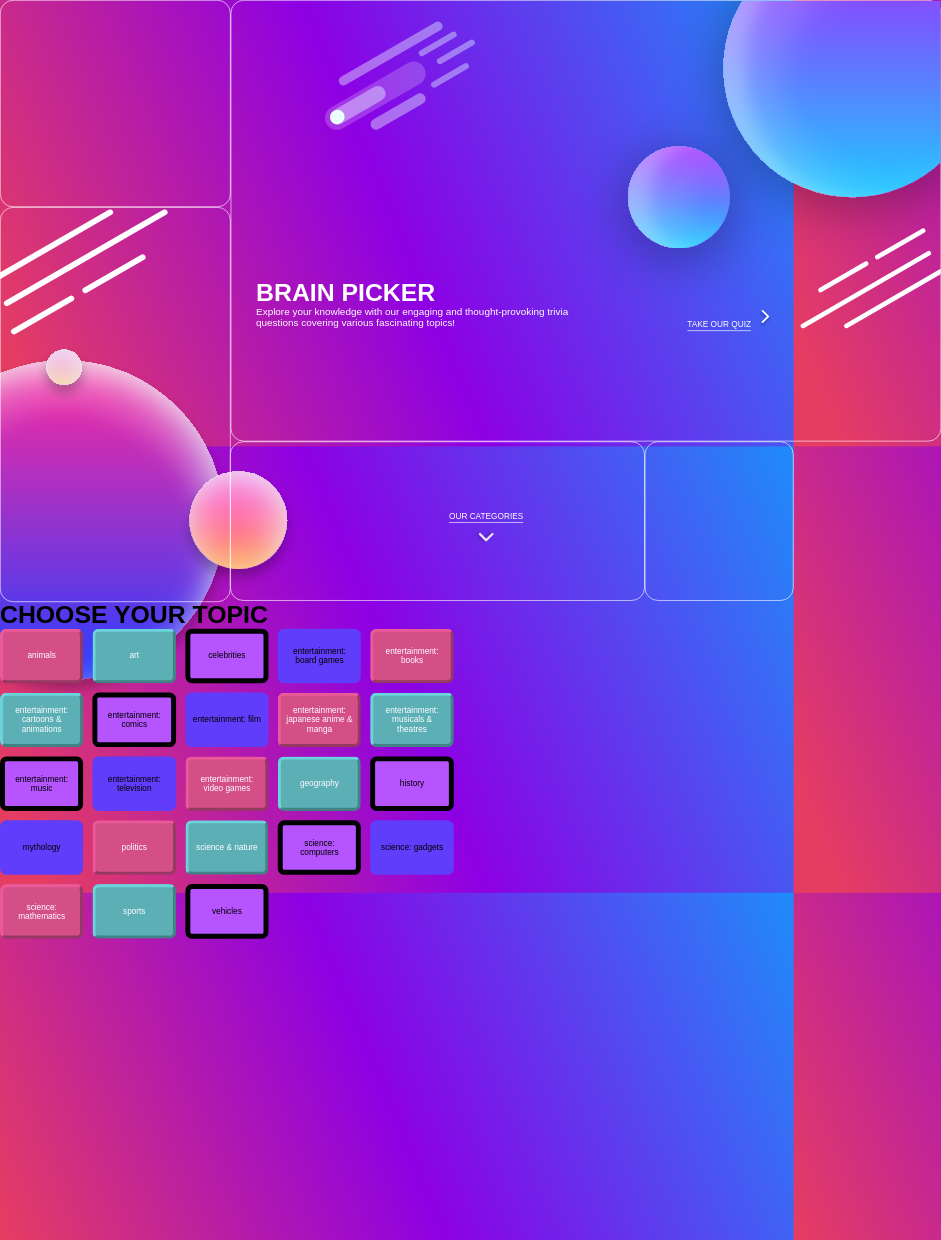
Repository: pjiang604/COMP-2170_Final-Project
Page: index.html
These files come from the project's save history. The page is drawn as it stood at one moment and after the next save; the edit follows.
The browser window is 1280 px wide. The page is 1518 px wide, so the pictures cover 1518 px, including what lies to the right of the window. The pictures show the whole page, at 62% of full size.
Backgrounds fixed to the window are drawn as part of the page.

Above is the page before, as saved 2023-04-30 12:56:27.

### index.html
<!DOCTYPE html>
<html lang="en">
  <head>
    <meta charset="UTF-8">
    <meta http-equiv="X-UA-Compatible" content="IE=edge">
    <meta name="viewport" content="width=device-width, initial-scale=1.0">
    <link rel="stylesheet" href="style.css">
    <title> Brain Picker </title>
    <script src="/easy.js"></script>
    <script src="/medium.js"></script>
    <script src="/hard.js"></script>
  </head>
  <body>
    <div class="container">
      <div class="graphic__left">
        <img class="bottom__left_sphere" src="/Assets/bg_graphics/bottom_left_sphere_group.svg" alt="">
        <img class="left__shooting_star" src="/Assets/bg_graphics/shooting_star_left.svg" alt="">
      </div>
      <div class="left__containers">
        <div class="left__container_top"></div>
        <div class="left__container_bottom"></div>
      </div>
      <div class="quiz__container">
        <div class="left__content">
          <h1> BRAIN PICKER </h1>
          <p> Explore your knowledge with our engaging and thought-provoking trivia questions covering various fascinating topics! </p>
        </div>
        <div class="right__content">
          <div class="graphics">
            <img class="shooting__star_top" src="/Assets/bg_graphics/shooting_star_alt.svg" alt="">
            <img class="top__right_sphere" src="/Assets/bg_graphics/top_right_sphere_group.svg" alt="">
            <img class="star__right" src="/Assets/bg_graphics/shooting_star_right.svg" alt="">
          </div>
          <div class="quiz__button">
            <a href="#">
              <button class="take__quiz_button"> TAKE OUR QUIZ </button>
              <img class="quiz__arrow" src="/Assets/buttons/arrow-head.svg" alt="">
            </a>
          </div>
        </div>
      </div>
    </div>
    <div class="bottom__containers">
      <div class="bottom__container_left">
        <a href="#">
          <button class="categories__button"> OUR CATEGORIES </button>
        </a>
        <img class="categories__arrow" src="/Assets/buttons/arrow-head.svg" alt="" width="30px">
      </div>
      <div class="bottom__container_right"></div>
    </div>

    <div class="categories__section">
      <h1 class="topics_header">CHOOSE YOUR TOPIC</h1>

      <div class="categories_container">
        <button class='topic_button1' id="animals">animals</button>
        <button class='topic_button2' id="art">art</button>
        <button class='topic_button3' id="celebrities">celebrities</button>
        <button class='topic_button4' id="board_games">entertainment: board games</button>
        <button class='topic_button1' id="books">entertainment: books</button>
        <button class='topic_button2' id="cartoons_animations">entertainment: cartoons & animations</button>
        <button class='topic_button3' id="comics">entertainment: comics</button>
        <button class='topic_button4' id="film">entertainment: film</button>
        <button class='topic_button1' id="japanese_anime">entertainment: japanese anime & manga</button>
        <button class='topic_button2' id="musicals_theatre">entertainment: musicals & theatres</button>
        <button class='topic_button3' id="music">entertainment: music</button>
        <button class='topic_button4' id="television">entertainment: television</button>
        <button class='topic_button1' id="video_games">entertainment: video games</button>
        <button class='topic_button2' id="geography">geography</button>
        <button class='topic_button3' id="history">history</button>
        <button class='topic_button4' id="mythology">mythology</button>
        <button class='topic_button1' id="politics">politics</button>
        <button class='topic_button2' id="science_nature">science & nature</button>
        <button class='topic_button3' id="computers">science: computers</button>
        <button class='topic_button4' id="gadgets">science: gadgets </button>
        <button class='topic_button1' id="mathematics">science: mathematics</button>
        <button class='topic_button2' id="sports">sports</button>
        <button class='topic_button3' id="vehicles">vehicles</button>
      </div>
    </div>

  </body>
</html>

### style.css
:root {
	--font-family: Arial, Helvetica, sans-serif;
	--font-weight-general: normal;
	--font-weight-light: 100;
	--font-weight-bold: bold;
	--font-size-body: 12pt;
	--font-size-heading: 30pt;
	--font-size-sub-heading: 22pt;

	--white: #fff;
	--black: #000000;
}

h1 {
	font-size: var(--font-size-heading);
	font-weight: var(--font-weight-bold);
	font-family: var(--font-family);
}

h2 {
	font-size: var(--font-size-sub-heading);
	font-weight: var(--font-weight-bold);
	font-family: var(--font-family);
}

p {
	font-size: var(--font-size-body);
	font-weight: var(--font-weight-general);
	font-family: var(--font-family);
}

* {
	margin: 0;
}

body {
	/* Linear gradient bg */
	background: linear-gradient(247.38deg, #2189FA 0.96%, #8D00E4 50.19%, #E53D62 95.42%);
	min-height: 2000px;
	background-attachment: fixed;
	background-position: center;
	background-repeat: no-repeat;
	background-size: cover;
	max-width: 100%;
}

/**Main container**/
.container {
	display: flex;
}

.bottom__left_sphere {
	position: absolute;
	width: 30rem;
	top: 35rem;
	z-index: -1;
}

.left__shooting_star {
	width: 17rem;
	position: absolute;
	top: 21rem;
}

/**Left containers**/
.left__container_top {
	box-sizing: border-box;
	display: flex;
	width: 372px;
	height: 334px;
	border: 0.25px solid #FFFFFF;
	border-radius: 21px;
}

.left__container_bottom {
	box-sizing: border-box;
	display: flex;
	width: 372px;
	height: 637px;
	border: 0.25px solid #FFFFFF;
	border-radius: 21px;
}

/**Bottom containers**/
.bottom__containers {
	display: flex;
	margin-top: -16.2rem;
	/* justify-content: end; */
	padding-left: 23.2rem;
}

.bottom__container_left {
	box-sizing: border-box;
	display: flex;
	width: 52.8rem;
	height: 257px;
	border: 0.25px solid #FFFFFF;
	border-radius: 21px;
}

.bottom__container_right {
	box-sizing: border-box;
	display: flex;
	width: 303px;
	height: 257px;
	border: 0.25px solid #FFFFFF;
	border-radius: 21px;
}

/**Quiz Section**/
.quiz__container {
	box-sizing: border-box;
	display: flex;
	width: 71.6rem;
	height: 44.5rem;
	border: 0.15px solid #FFFFFF;
	border-radius: 21px;
}

.shooting__star_top {
	position: absolute;
	right: 32rem;
	top: 2rem;
}

.top__right_sphere {
	display: flex;
	justify-content: end;
}

.star__right {
	display: flex;
	position: relative;
	float: right;
	bottom: 8rem;
}

.left__content {
	color: var(--white);
	width: 40rem;
	padding-left: 2.5rem;
	padding-top: 28rem;
}

.take__quiz_button {
	border: none;
	text-decoration: underline;
	text-underline-offset: 5px;
	color: var(--white);
	background: none;
	padding-left: 11rem;
	cursor: pointer;
}

.quiz__button>a {
	text-decoration: none;
}


.categories__button {
	border: none;
	text-decoration: underline;
	text-underline-offset: 5px;
	color: var(--white);
	background: none;
	padding-left: 22rem;
	padding-top: 7rem;
	cursor: pointer;
}

.categories__arrow {
	rotate: 90deg;
	margin-top: 2.5rem;
	position: absolute;
	left: 48rem;
	top: 50.5rem;
}

.bottom__container_left>a {
	text-decoration: none;
}


/** Topics Section **/

.categories_container{
	display: grid;
	grid-template-columns: 8.4rem 8.4rem 8.4rem 8.4rem 8.4rem;
	gap: .935rem;
}

.topic_button1{
	border-width: thick;
    color: var(--white);
    border-radius: 0.656rem;
    background-color: #d44f88;
    border-color: #ea5a99;

}

.topic_button2{
	background-color: #5CAFB5;
	color: var(--white);
	border-radius: 0.656rem;
	border-color: #6ad3db;
	border-width: thick;
}
.topic_button3{
	width: 8.4rem;
	height: 5.5rem;
	background-color: #B654FF;
	border-radius: 0.656rem;
	border: .5rem solid;
}
.topic_button4{
	width: 8.4rem;
	height: 5.5rem;
	background-color: #603CFB;
	border-radius: 0.656rem;
	border: .5rem #603CFB;
}

Loaded but not shown: easy.js (no stored copy; drawn as an empty file); medium.js (no stored copy; drawn as an empty file); hard.js (no stored copy; drawn as an empty file)

After the next save:
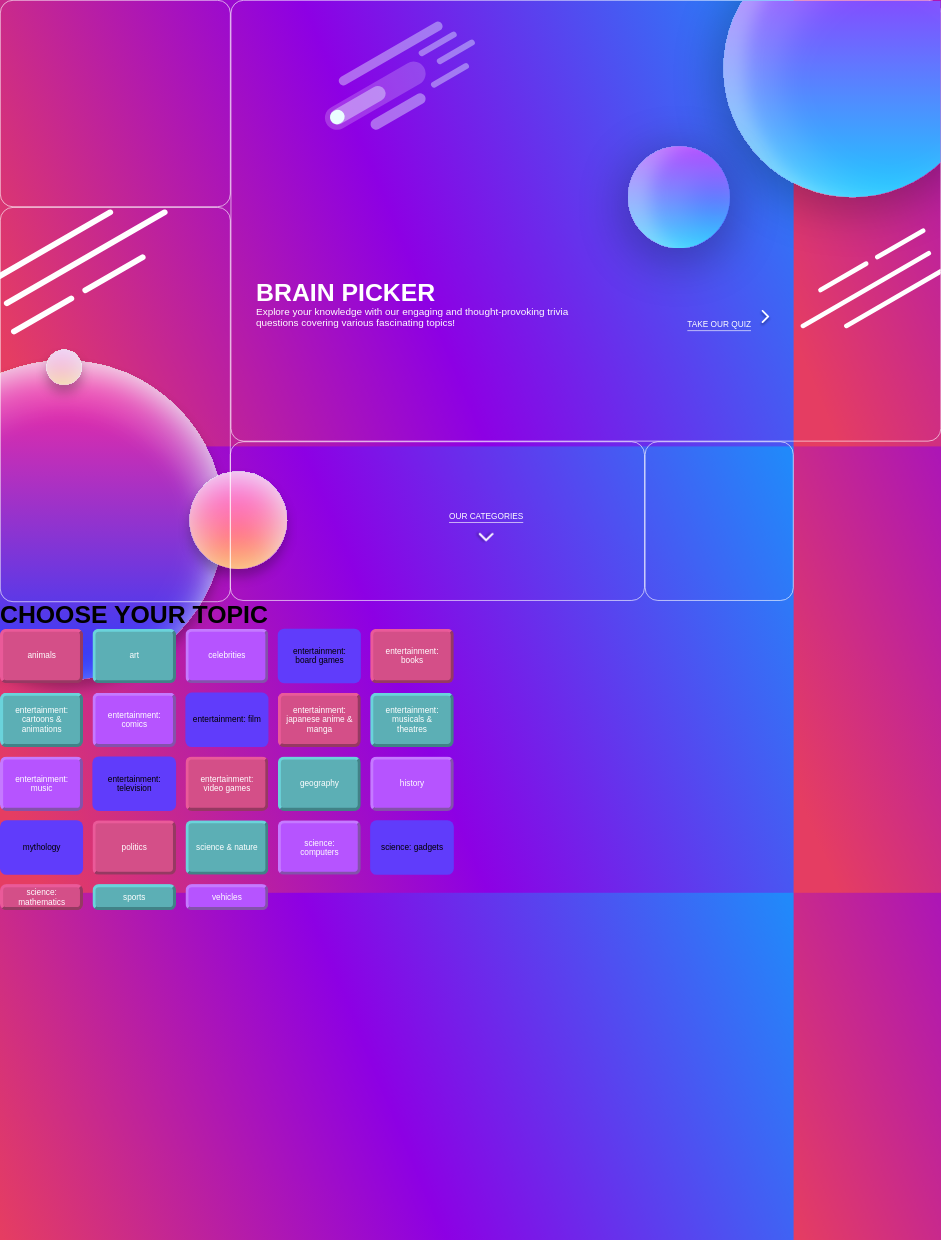
Saved 47 s later.
--- a/style.css
+++ b/style.css
@@ -206,11 +206,11 @@ body {
 	border-width: thick;
 }
 .topic_button3{
-	width: 8.4rem;
-	height: 5.5rem;
-	background-color: #B654FF;
+	background-color:#B654FF;
+	color: var(--white);
 	border-radius: 0.656rem;
-	border: .5rem solid;
+	border-color:#c57aff;
+	border-width: thick;
 }
 .topic_button4{
 	width: 8.4rem;
